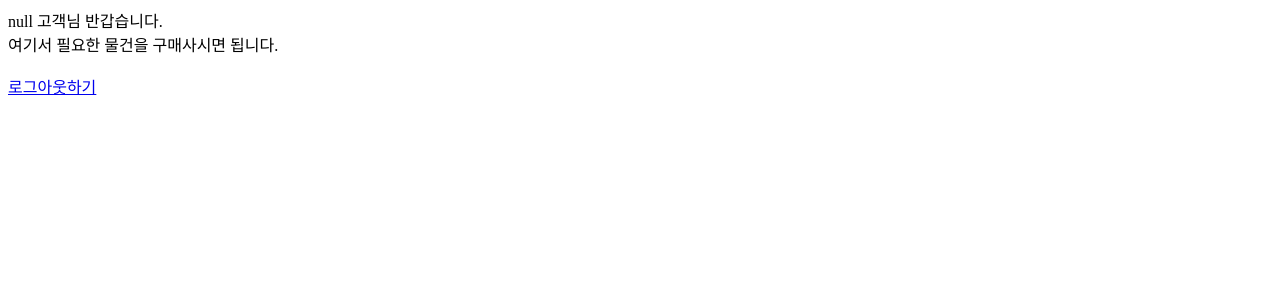
Repository: huny4daniel/jsp-study
Page: http://localhost/pro0331/WebContents/login/home.jsp
These files come from the project's save history. The page is drawn as it stood at one moment and after the next save; the edit follows.
The browser window is 1280 px wide. The pictures show the whole page.
The page is served by Tomcat 9. Other server files are loaded and not shown.

Above is the page before, as saved 2026-03-31 05:07:44.

### pro0331/WebContents/login/home.jsp
<%@ page language="java" contentType="text/html; charset=UTF-8"
    pageEncoding="UTF-8"%>
<!DOCTYPE html>
<html>
<head>
<meta charset="UTF-8">
<title>Insert title here</title>
</head>
<body>
<%= session.getAttribute("LOGIN") %> 고객님 반갑습니다. <br>
여기서 필요한 물건을 구매사시면 됩니다. <br><br>
<a href="logout.jsp">로그아웃하기</a>
</body>
</html>

After the next save:
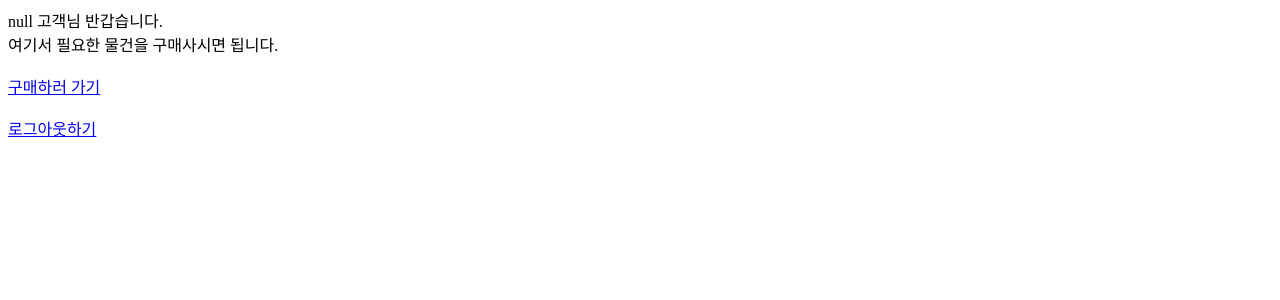
Saved 2 min 52 s later.
--- a/pro0331/WebContents/login/home.jsp
+++ b/pro0331/WebContents/login/home.jsp
@@ -9,6 +9,8 @@
 <body>
 <%= session.getAttribute("LOGIN") %> 고객님 반갑습니다. <br>
 여기서 필요한 물건을 구매사시면 됩니다. <br><br>
+<a href="purchase.jsp">구매하러 가기</a> <br><br>
+
 <a href="logout.jsp">로그아웃하기</a>
 </body>
 </html>
